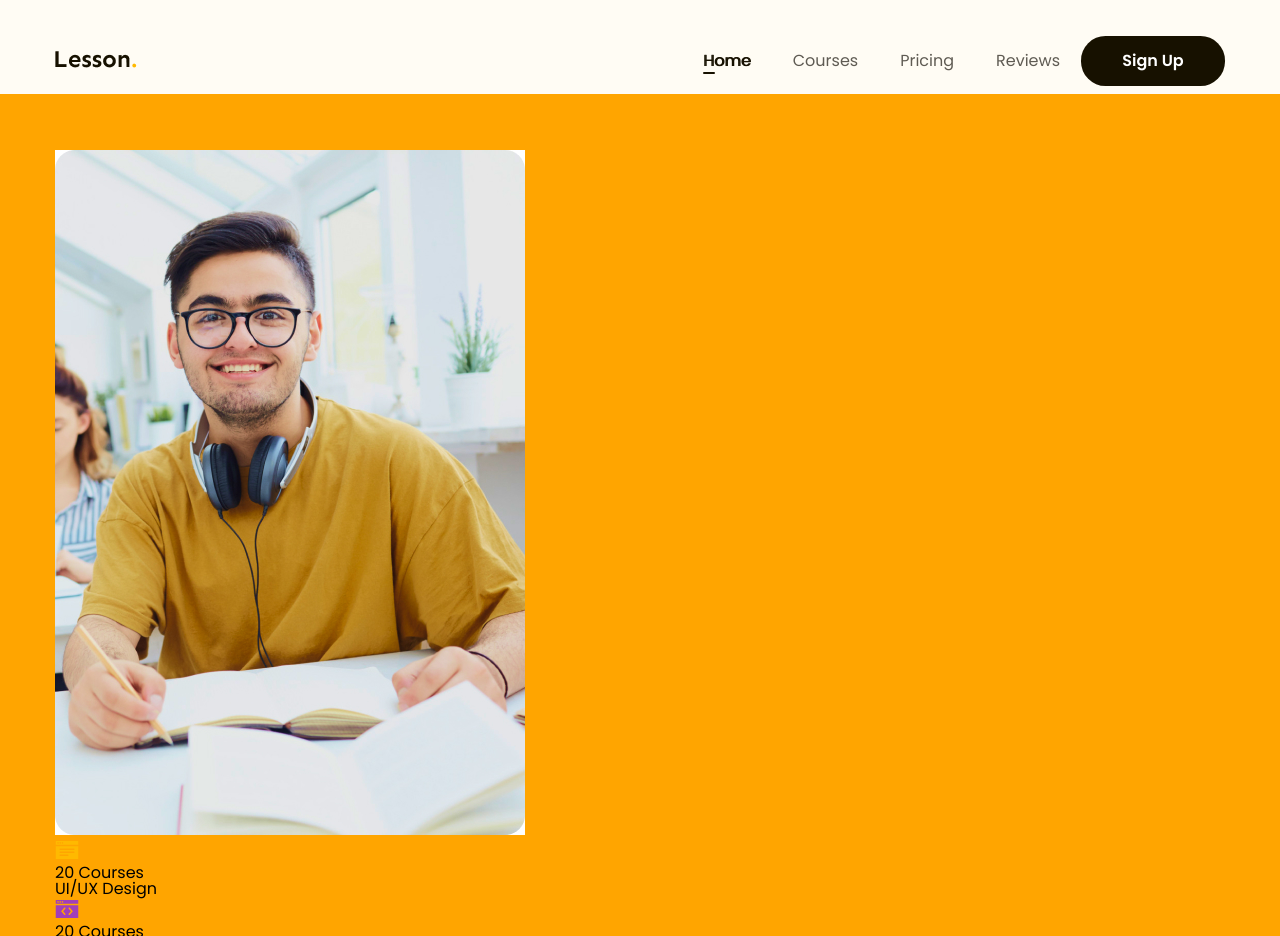
Repository: ynguyen1512/htmlcss-project-02
Page: index.html
An editor plug-in stored every save of this project. The page is shown before and after the next save, followed by the edit.
The browser window is 1280 px wide. The pictures show the part of the page from y = 0 to 936 px (the page is 5000 px tall).
A picture or video elsewhere on the page could not be fetched, so the positions and the page height are approximate.

Above is the page before, as saved 2023-02-20 20:18:37.

After the next save:
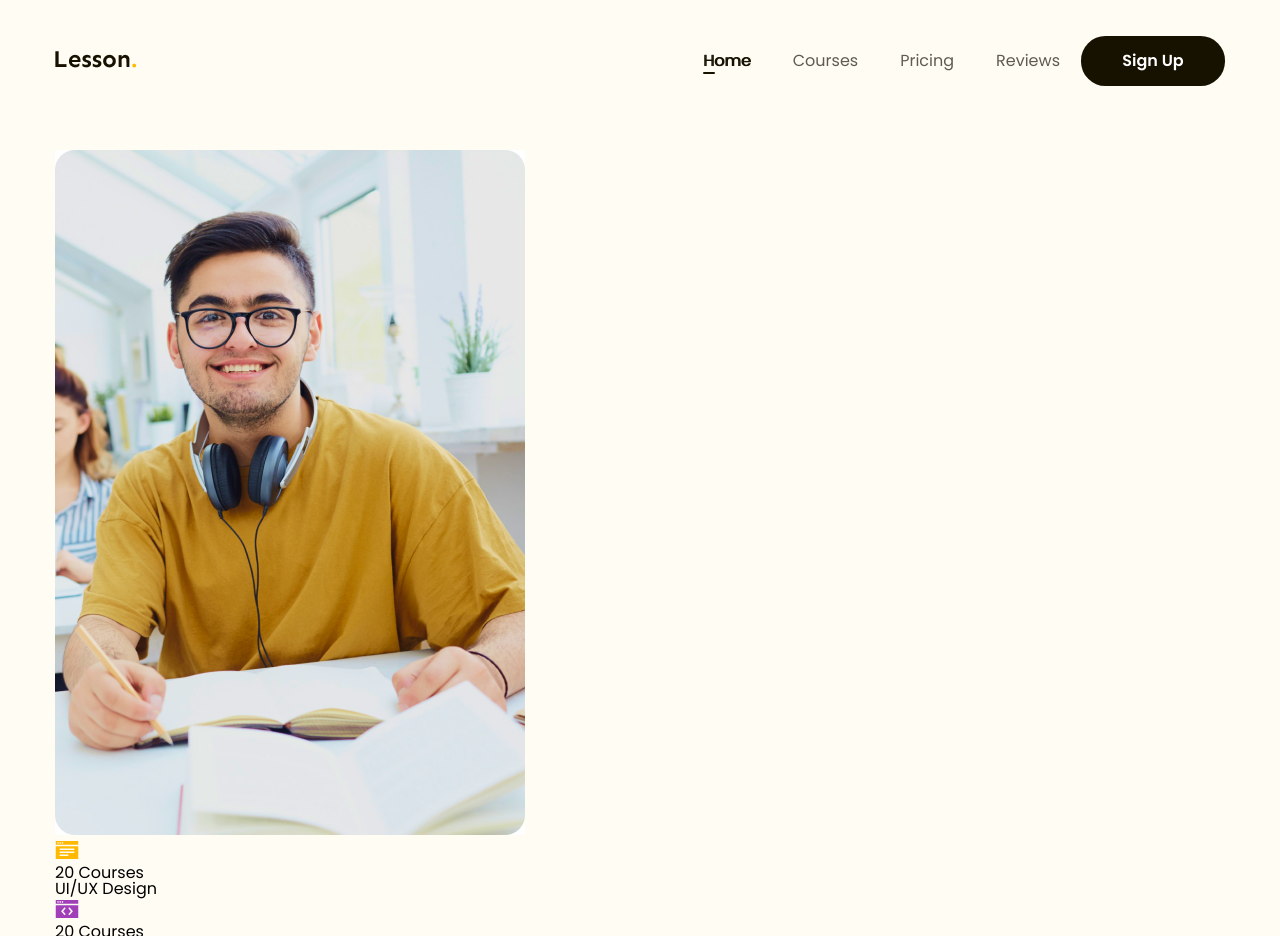
Saved 26 s later.
--- a/assets/css/style.css
+++ b/assets/css/style.css
@@ -97,5 +97,5 @@
 /* Hero */
 .hero {
     padding-top: 56px;
-    background-color: orange;
+    background: #FFFCF4;
 }
